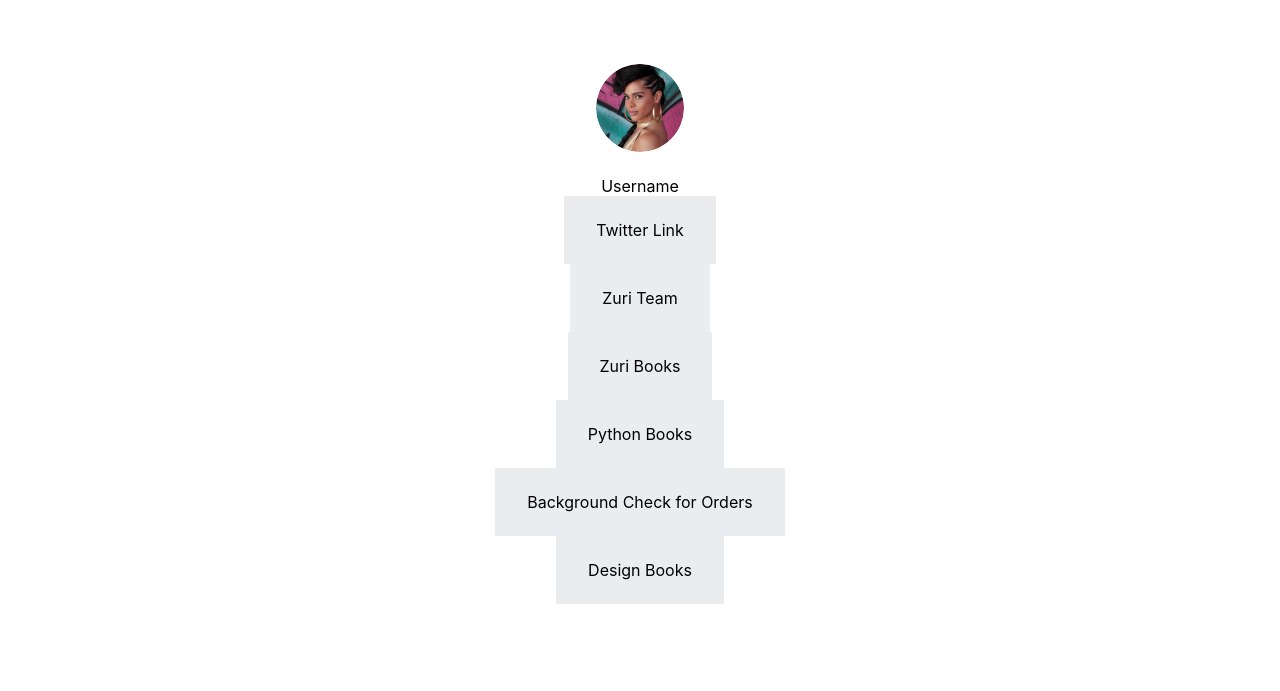
Repository: uh-sman/Zuri-task-one
Page: /
An editor plug-in stored every save of this project. The page is shown before and after the next save, followed by the edit.
The browser window is 1280 px wide. The pictures show the whole page.
The project was rebuilt for these pictures with package versions that can differ from the ones it lists, and the page was loaded fresh each time.

Above is the page before, as saved 2022-10-23 19:21:32.

After the next save:
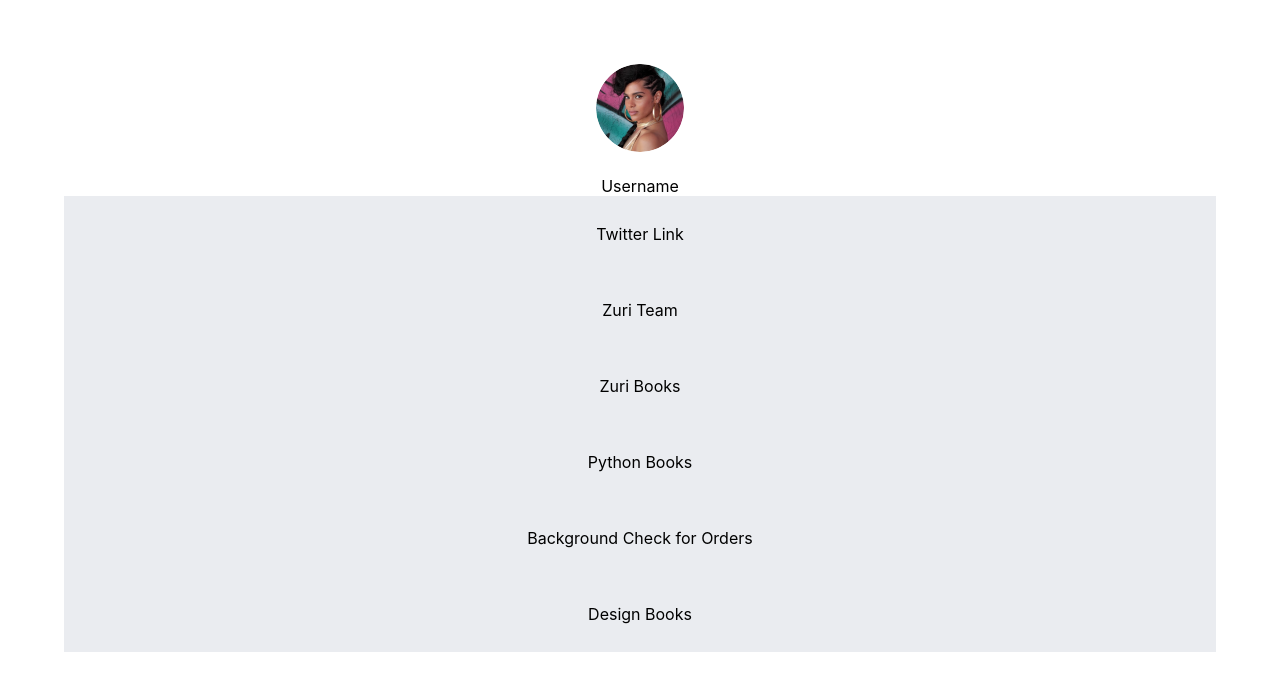
Saved 27 s later.
--- a/src/Components/body.css
+++ b/src/Components/body.css
@@ -14,4 +14,6 @@
   padding: 24px 32px;
   gap: 8px;
   background-color: #eaecf0;
+  width: 1152px;
+  height: 76px;
 }
